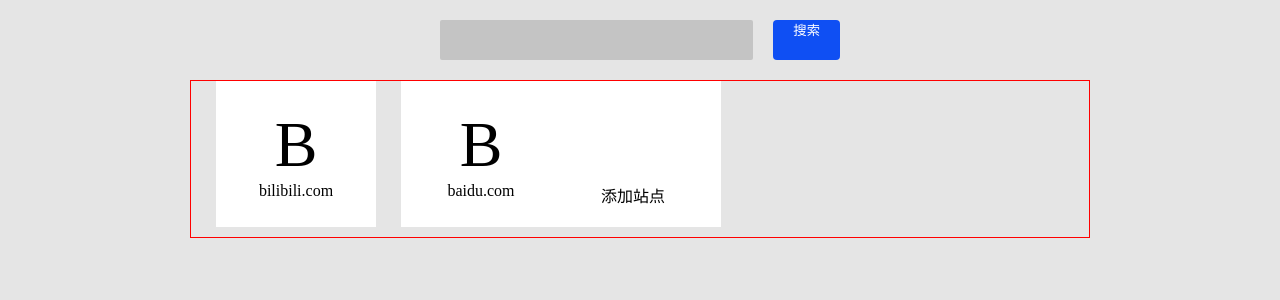
Repository: chenguocan/-
Page: src/index.html
These files come from the project's save history. The page is drawn as it stood at one moment and after the next save; the edit follows.
The browser window is 1280 px wide. The pictures show the whole page.

Above is the page before, as saved 2020-08-12 14:49:28.

After the next save:
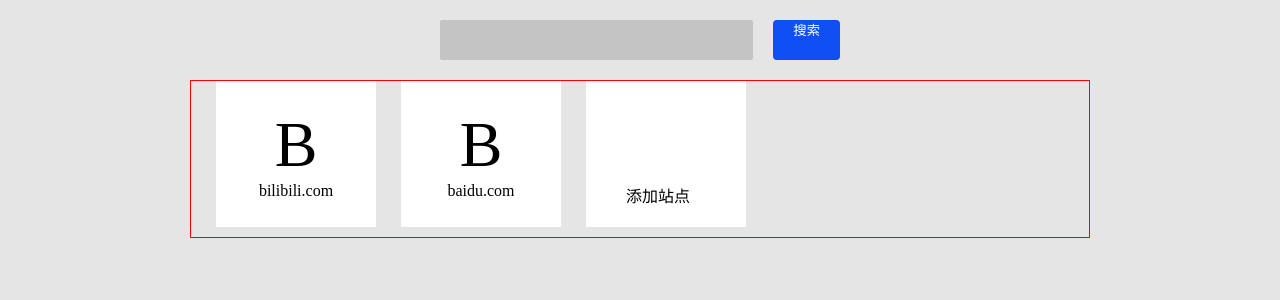
Saved 9 s later.
--- a/src/style.css
+++ b/src/style.css
@@ -83,7 +83,7 @@
     background:#FFFFFF;
 }
 @media(min-width:500px){
-    .siteList .siteBox{
+    .siteList .siteBox,.addButton{
         margin-left: 25px;
     }
 }
